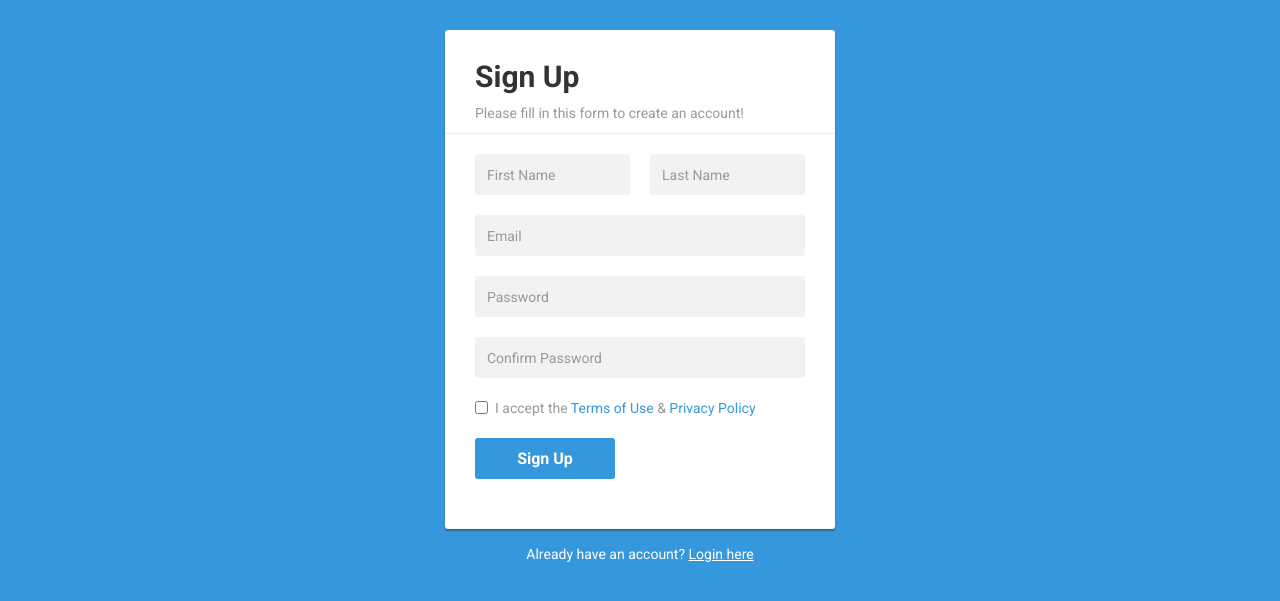
Repository: Rajat-Jain29/Java-Spring-Boot
Page: http://localhost/Registration/register.jsp
The author's editor kept a copy of each file at every save. The page is drawn from the files as they stood at one save, then again after the next save.
The browser window is 1280 px wide. The pictures show the whole page.
The page is served by Tomcat 9.

Above is the page before, as saved 2021-03-21 09:19:52.

After the next save:
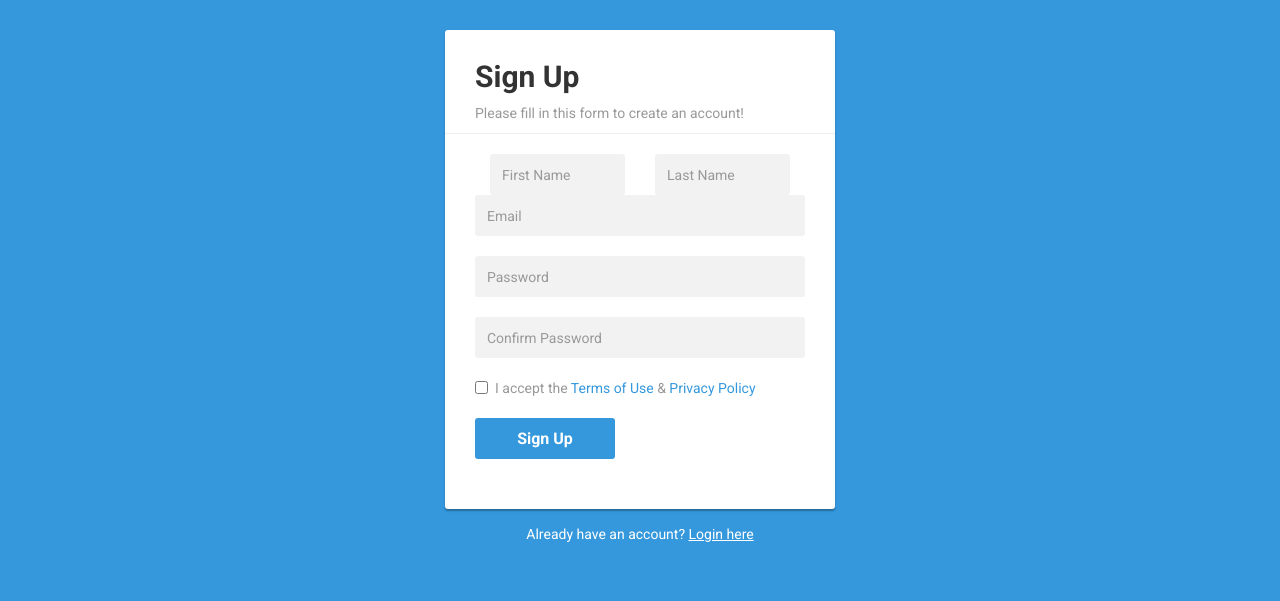
Saved 101 s later.
--- a/Registration/Registration/WebContent/register.jsp
+++ b/Registration/Registration/WebContent/register.jsp
@@ -99,11 +99,18 @@
 		<p>Please fill in this form to create an account!</p>
 		<hr>
         <div class="form-group">
-			<div class="row">
+
 				<div class="col-xs-6"><input type="text" class="form-control" name="first_name" placeholder="First Name" required="required"></div>
+
+
+        </div>
+        <div class="form-group">
+
 				<div class="col-xs-6"><input type="text" class="form-control" name="last_name" placeholder="Last Name" required="required"></div>
-			</div>
+
+
         </div>
+
         <div class="form-group">
         	<input type="email" class="form-control" name="email" placeholder="Email" required="required">
         </div>
